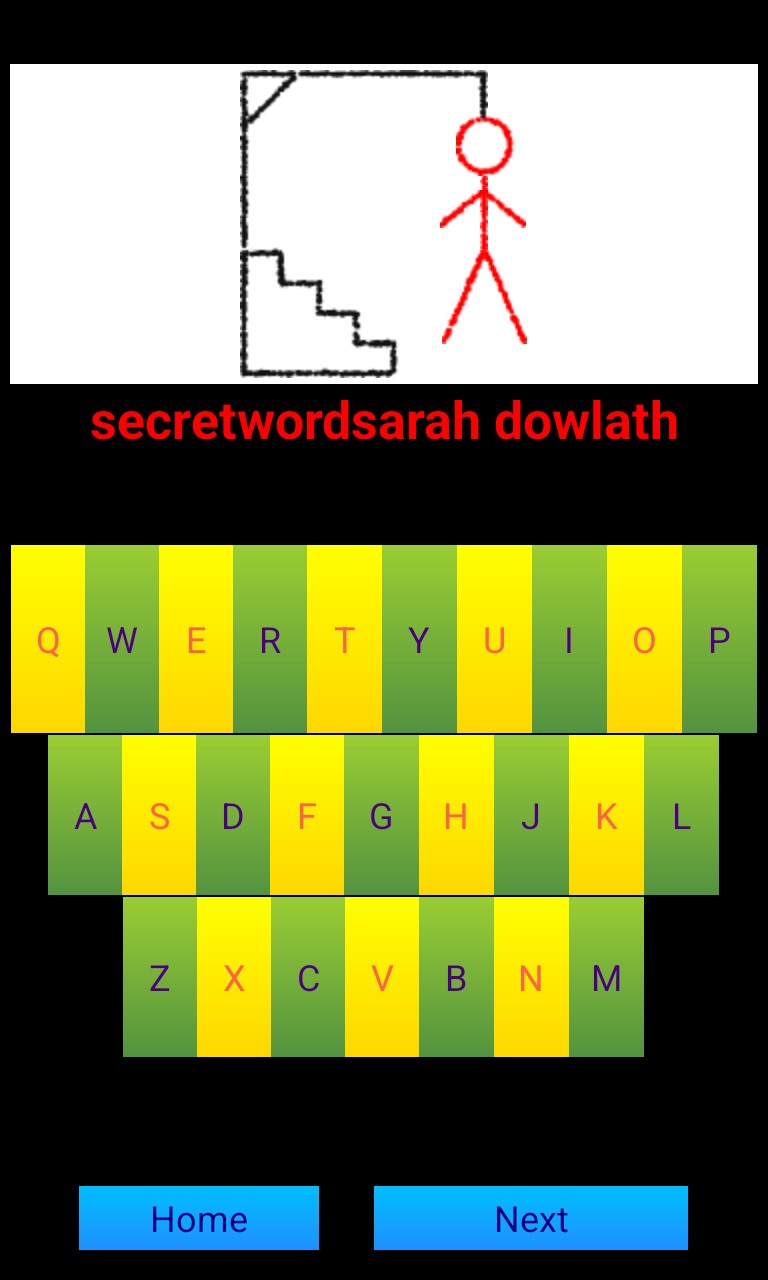
Repository: SarahDowlath/TriniHangman
Layout: workspace3/Trini-Hangman/res/layout/game.xml
These files come from the project's save history. The layout is drawn as it stood at one moment and after the next save; the edit follows.
It is drawn on a 768 x 1280 px phone screen (xhdpi) without system bars, with theme AppTheme; the app's code is not run.

Above is the layout before, as saved 2014-07-07 17:59:17.

### workspace3/Trini-Hangman/res/layout/game.xml
<LinearLayout xmlns:android="http://schemas.android.com/apk/res/android"
    xmlns:tools="http://schemas.android.com/tools"
    android:id="@+id/LinearLayoutFinal"
    android:layout_width="fill_parent"
    android:layout_height="wrap_content"
    android:layout_gravity="bottom"
    android:layout_marginBottom="0dp"
    android:background="#FF000000"
    android:gravity="center"
    android:orientation="vertical"
    android:padding="5dp"
    android:paddingBottom="@dimen/activity_vertical_margin"
    android:paddingLeft="@dimen/activity_horizontal_margin"
    android:paddingRight="@dimen/activity_horizontal_margin"
    android:paddingTop="@dimen/activity_vertical_margin" >

    <TextView
        android:id="@+id/textLevel"
        android:layout_width="fill_parent"
        android:layout_height="wrap_content"
        android:gravity="center"
        android:text=""
        android:textColor="#ffff"
        android:textSize="20sp"
        android:textStyle="bold" />

    <RelativeLayout
        android:id="@+id/hangmanGallows"
        android:layout_width="match_parent"
        android:layout_height="160dp"
        android:background="#FFFFFF"
        android:gravity="center"
        android:visibility="visible" >

        <ImageView
            android:id="@+id/imageView2"
            android:layout_width="wrap_content"
            android:layout_height="wrap_content"
            android:contentDescription="@string/gallows"
            android:paddingLeft="0dp"
            android:paddingTop="0dp"
            android:src="@drawable/android_hangman_gallows" />



        <ImageView
            android:id="@+id/body"
            android:layout_width="wrap_content"
            android:layout_height="wrap_content"
            android:contentDescription="@string/body"
            android:paddingLeft="120dp"
            android:paddingTop="53dp"
            android:src="@drawable/android_hangman_body" />

        <ImageView
            android:id="@+id/arm1"
            android:layout_width="wrap_content"
            android:layout_height="wrap_content"
            android:contentDescription="@string/arm"
            android:paddingLeft="100dp"
            android:paddingTop="60dp"
            android:src="@drawable/android_hangman_arm1" />

        <ImageView
            android:id="@+id/arm2"
            android:layout_width="wrap_content"
            android:layout_height="wrap_content"
            android:contentDescription="@string/arm"
            android:paddingLeft="120dp"
            android:paddingTop="60dp"
            android:src="@drawable/android_hangman_arm2" />

        <ImageView
            android:id="@+id/leg1"
            android:layout_width="wrap_content"
            android:layout_height="wrap_content"
            android:contentDescription="@string/leg"
            android:paddingLeft="101dp"
            android:paddingTop="90dp"
            android:src="@drawable/android_hangman_leg1" />

        <ImageView
            android:id="@+id/head"
            android:layout_width="wrap_content"
            android:layout_height="wrap_content"
            android:layout_alignLeft="@+id/imageView2"
            android:layout_alignTop="@+id/imageView2"
            android:layout_weight="1"
            android:contentDescription="@string/head"
            android:paddingLeft="108dp"
            android:paddingTop="23dp"
            android:src="@drawable/android_hangman_head" />

        <ImageView
            android:id="@+id/leg2"
            android:layout_width="wrap_content"
            android:layout_height="wrap_content"
            android:layout_alignBottom="@+id/leg1"
            android:layout_alignParentLeft="true"
            android:contentDescription="@string/leg"
            android:paddingLeft="121dp"
            android:paddingTop="90dp"
            android:src="@drawable/android_hangman_leg2" />

    </RelativeLayout>

    <LinearLayout
        android:id="@+id/secretWord"
        android:layout_width="match_parent"
        android:layout_height="80sp" >

        <TextView
            android:id="@+id/secretWord"
            android:layout_width="fill_parent"
            android:layout_height="wrap_content"
            android:gravity="center"
            android:text="secretwordsarah dowlath"
            android:textColor="#FC0000"
            android:textSize="26sp"
            android:textStyle="bold" />
    </LinearLayout>

         <LinearLayout
             android:id="@+id/letterLayout1"
             android:layout_width="match_parent"
             android:layout_height="wrap_content"
             android:layout_weight="1.45"
             android:gravity="center_horizontal"
             android:orientation="horizontal"
             android:padding="0.5dp"
             android:textSize="22sp"
             android:weightSum="10" >

        <Button
            android:id="@+id/buttonQ"
            android:layout_width="0dp"
            android:layout_height="fill_parent"
            android:layout_weight="1"
            android:background="@drawable/buttonletterstyle"
            android:onClick="clickLetter"
            android:text="@string/button_letter_q"
            android:textColor="@drawable/lettercolor" />


         <Button
            android:id="@+id/buttonW"
            android:layout_weight="1"
            android:layout_height="fill_parent"
            android:layout_width="0dp"
            android:onClick="clickLetter"
            android:text="@string/button_letter_w"
            android:background="@drawable/buttonletterstyle1"
            android:textColor = "@drawable/lettercolor1"
         />


         <Button
            android:id="@+id/buttonE"
            android:layout_weight="1"
            android:layout_height="fill_parent"
            android:layout_width="0dp"
            android:onClick="clickLetter"
            android:text="@string/button_letter_e"
            android:background="@drawable/buttonletterstyle"
            android:textColor = "@drawable/lettercolor"
         />

         <Button
            android:id="@+id/buttonR"
            android:layout_weight="1"
            android:layout_height="fill_parent"
            android:layout_width="0dp"
            android:onClick="clickLetter"
            android:text="@string/button_letter_r"
            android:background="@drawable/buttonletterstyle1"
            android:textColor = "@drawable/lettercolor1"
         />

         <Button
            android:id="@+id/buttonT"
            android:layout_weight="1"
            android:layout_height="fill_parent"
            android:layout_width="0dp"
            android:onClick="clickLetter"
            android:text="@string/button_letter_t"
            android:background="@drawable/buttonletterstyle"
            android:textColor = "@drawable/lettercolor"
         />

         <Button
            android:id="@+id/buttonY"
            android:layout_weight="1"
            android:layout_height="fill_parent"
            android:layout_width="0dp"
            android:onClick="clickLetter"
            android:text="@string/button_letter_y"
            android:background="@drawable/buttonletterstyle1"
            android:textColor = "@drawable/lettercolor1"
         />

         <Button
            android:id="@+id/buttonU"
            android:layout_weight="1"
            android:layout_height="fill_parent"
            android:layout_width="0dp"
            android:onClick="clickLetter"
            android:text="@string/button_letter_u"
            android:background="@drawable/buttonletterstyle"
            android:textColor = "@drawable/lettercolor"
         />


         <Button
            android:id="@+id/buttonI"
            android:layout_weight="1"
            android:layout_height="fill_parent"
            android:layout_width="0dp"
            android:onClick="clickLetter"
            android:text="@string/button_letter_i"
            android:background="@drawable/buttonletterstyle1"
            android:textColor = "@drawable/lettercolor1"
         />


         <Button
            android:id="@+id/buttonO"
            android:layout_weight="1"
            android:layout_height="fill_parent"
            android:layout_width="0dp"
            android:onClick="clickLetter"
            android:text="@string/button_letter_o"
            android:background="@drawable/buttonletterstyle"
            android:textColor = "@drawable/lettercolor"
         />

         <Button
            android:id="@+id/buttonP"
            android:layout_weight="1"
            android:layout_height="fill_parent"
            android:layout_width="0dp"
            android:onClick="clickLetter"
            android:text="@string/button_letter_p"
            android:background="@drawable/buttonletterstyle1"
            android:textColor = "@drawable/lettercolor1"
         />
    </LinearLayout>

    <LinearLayout
        android:id="@+id/letterLayout2"
        android:layout_width="fill_parent"
        android:layout_height="wrap_content"
        android:layout_weight="1"
        android:gravity="center_horizontal"
        android:orientation="horizontal"
        android:padding="0.5dp"
        android:textSize="22sp"
        android:weightSum="10" >

        <Button
            android:id="@+id/buttonA"
            android:layout_weight="1"
            android:layout_height="fill_parent"
            android:layout_width="0dp"
            android:onClick="clickLetter"
            android:text="@string/button_letter_a"
            android:background="@drawable/buttonletterstyle1"
            android:textColor = "@drawable/lettercolor1"
         />

         <Button
             android:id="@+id/buttonS"
             android:layout_width="0dp"
             android:layout_height="fill_parent"
             android:layout_weight="1"
             android:background="@drawable/buttonletterstyle"
             android:onClick="clickLetter"
             android:text="@string/button_letter_s"
             android:textColor="@drawable/lettercolor" />

         <Button
            android:id="@+id/buttonD"
            android:layout_weight="1"
            android:layout_height="fill_parent"
            android:layout_width="0dp"
            android:onClick="clickLetter"
            android:text="@string/button_letter_d"
            android:background="@drawable/buttonletterstyle1"
            android:textColor = "@drawable/lettercolor1"
         />

         <Button
            android:id="@+id/buttonF"
            android:layout_weight="1"
            android:layout_height="fill_parent"
            android:layout_width="0dp"
            android:onClick="clickLetter"
            android:text="@string/button_letter_f"
            android:background="@drawable/buttonletterstyle"
            android:textColor = "@drawable/lettercolor"
         />

         <Button
            android:id="@+id/buttonG"
            android:layout_weight="1"
            android:layout_height="fill_parent"
            android:layout_width="0dp"
            android:onClick="clickLetter"
            android:text="@string/button_letter_g"
            android:background="@drawable/buttonletterstyle1"
            android:textColor = "@drawable/lettercolor1"
         />

         <Button
            android:id="@+id/buttonH"
            android:layout_weight="1"
            android:layout_height="fill_parent"
            android:layout_width="0dp"
            android:onClick="clickLetter"
            android:text="@string/button_letter_h"
            android:background="@drawable/buttonletterstyle"
            android:textColor = "@drawable/lettercolor"
         />

         <Button
            android:id="@+id/buttonJ"
            android:layout_weight="1"
            android:layout_height="fill_parent"
            android:layout_width="0dp"
            android:onClick="clickLetter"
            android:text="@string/button_letter_j"
            android:background="@drawable/buttonletterstyle1"
            android:textColor = "@drawable/lettercolor1"
         />

         <Button
            android:id="@+id/buttonK"
            android:layout_weight="1"
            android:layout_height="fill_parent"
            android:layout_width="0dp"
            android:onClick="clickLetter"
            android:text="@string/button_letter_k"
            android:background="@drawable/buttonletterstyle"
            android:textColor = "@drawable/lettercolor"
         />

         <Button
            android:id="@+id/buttonL"
            android:layout_weight="1"
            android:layout_height="fill_parent"
            android:layout_width="0dp"
            android:onClick="clickLetter"
            android:text="@string/button_letter_l"
            android:background="@drawable/buttonletterstyle1"
            android:textColor = "@drawable/lettercolor1"
         />
    </LinearLayout>

    <LinearLayout
        android:id="@+id/letterLayout3"
        android:layout_width="fill_parent"
        android:layout_height="wrap_content"
        android:layout_weight="1"
        android:gravity="center_horizontal"
        android:orientation="horizontal"
        android:padding="0.5dp"
        android:textSize="22sp"
        android:weightSum="10" >

        <Button
            android:id="@+id/buttonZ"
            android:layout_weight="1"
            android:layout_height="fill_parent"
            android:layout_width="0dp"
            android:onClick="clickLetter"
            android:text="@string/button_letter_z"
            android:background="@drawable/buttonletterstyle1"
            android:textColor = "@drawable/lettercolor1"
         />
         <Button
            android:id="@+id/buttonX"
            android:layout_weight="1"
            android:layout_height="fill_parent"
            android:layout_width="0dp"
            android:onClick="clickLetter"
            android:text="@string/button_letter_x"
            android:background="@drawable/buttonletterstyle"
            android:textColor = "@drawable/lettercolor"
         />

         <Button
            android:id="@+id/buttonC"
            android:layout_weight="1"
            android:layout_height="fill_parent"
            android:layout_width="0dp"
            android:onClick="clickLetter"
            android:text="@string/button_letter_c"
            android:background="@drawable/buttonletterstyle1"
            android:textColor = "@drawable/lettercolor1"
         />

         <Button
            android:id="@+id/buttonV"
            android:layout_weight="1"
            android:layout_height="fill_parent"
            android:layout_width="0dp"
            android:onClick="clickLetter"
            android:text="@string/button_letter_v"
            android:background="@drawable/buttonletterstyle"
            android:textColor = "@drawable/lettercolor"
         />

         <Button
            android:id="@+id/buttonB"
            android:layout_weight="1"
            android:layout_height="fill_parent"
            android:layout_width="0dp"
            android:onClick="clickLetter"
            android:text="@string/button_letter_b"
            android:background="@drawable/buttonletterstyle1"
            android:textColor = "@drawable/lettercolor1"
         />

         <Button
            android:id="@+id/buttonN"
            android:layout_weight="1"
            android:layout_height="fill_parent"
            android:layout_width="0dp"
            android:onClick="clickLetter"
            android:text="@string/button_letter_n"
            android:background="@drawable/buttonletterstyle"
            android:textColor = "@drawable/lettercolor"
         />

         <Button
            android:id="@+id/buttonM"
            android:layout_weight="1"
            android:layout_height="fill_parent"
            android:layout_width="0dp"
            android:onClick="clickLetter"
            android:text="@string/button_letter_m"
            android:background="@drawable/buttonletterstyle1"
            android:textColor = "@drawable/lettercolor1"
         />

    </LinearLayout>

    <LinearLayout
        android:id="@+id/FinalLayout"
        android:layout_width="match_parent"
        android:layout_height="80dp"
        android:layout_marginBottom="2dp"
        android:layout_weight="0.75"
        android:gravity="center_horizontal"
        android:orientation="horizontal"
        android:padding="2dp"
        android:textSize="14sp"
        android:weightSum="7" >

        <Button
            android:id="@+id/buttonHome"
            android:layout_width="120dp"
            android:layout_height="32dp"
            android:layout_gravity="bottom"
            android:layout_marginBottom="3dp"
            android:background="@drawable/buttonnextonestyle"
            android:onClick="goHome"
            android:text="@string/button_go_home"
            android:textColor="@drawable/nextonecolor" />

        <TextView
            android:layout_width="0dp"
            android:layout_height="0dp"
            android:layout_weight="1.5" />

        <Button
            android:id="@+id/buttonNext"
            android:layout_width="120dp"
            android:layout_height="32dp"
            android:layout_gravity="bottom"
            android:layout_marginBottom="3dp"
            android:layout_weight="2"
            android:background="@drawable/buttonnextonestyle"
            android:onClick="nextOne"
            android:text="@string/button_next"
            android:textColor="@drawable/nextonecolor" />

    </LinearLayout>

</LinearLayout>

### workspace3/Trini-Hangman/res/values/strings.xml
<?xml version="1.0" encoding="utf-8"?>
<resources>

    <string name="app_name">Trini-Hangman</string>
    <string name="hello_world">Hello world!</string>
    <string name="action_settings">Settings</string>
    <string name="gallows">The Gallows</string>
	<string name="head">The Head</string>
	<string name="body">The Body</string>
	<string name="arm">An Arm</string>
	<string name="leg">A Leg</string>
	<string name="button_food_category">Food</string>
    <string name="button_music_category">Music</string>
    <string name="button_sports_category">Sports</string>

    <string name="about_text">

	Test3 Local Trinidad and Tobago version of Hangman which is a fun way to learn the culture of Trinidad and Tobago.

	TriniHangman allows you to select from a list of category all related to culture.

	You are presented with all the letters from the alphabet and can guess a letter for the secret word.

	If you guess a letter that is part of the word, the word is redisplayed with all instances of that letter shown in the correct positions, along with any letters correctly guessed on previous turns.

	For every letter guessed wrong, a bit more of the hangman is exposed.

	You have 8 tries to correctly guess the word.

        </string>

    <string name="about_title"> About Trini-Hangman </string>




    <string name="button_letter_a">A</string>
    <string name="button_letter_b">B</string>
    <string name="button_letter_c">C</string>
    <string name="button_letter_d">D</string>
    <string name="button_letter_e">E</string>
    <string name="button_letter_f">F</string>
    <string name="button_letter_g">G</string>
    <string name="button_letter_h">H</string>
    <string name="button_letter_i">I</string>
    <string name="button_letter_j">J</string>
    <string name="button_letter_k">K</string>
    <string name="button_letter_l">L</string>
    <string name="button_letter_m">M</string>
    <string name="button_letter_n">N</string>
    <string name="button_letter_o">O</string>
    <string name="button_letter_p">P</string>
    <string name="button_letter_q">Q</string>
    <string name="button_letter_r">R</string>
    <string name="button_letter_s">S</string>
    <string name="button_letter_t">T</string>
    <string name="button_letter_u">U</string>
    <string name="button_letter_v">V</string>
    <string name="button_letter_w">W</string>
    <string name="button_letter_x">X</string>
    <string name="button_letter_y">Y</string>
    <string name="button_letter_z">Z</string>
    <string name="button_go_home">Home</string>
    <string name="button_next">Next</string>

</resources>

### workspace3/Trini-Hangman/res/drawable/buttonletterstyle.xml
<?xml version="1.0" encoding="utf-8"?>
<selector xmlns:android="http://schemas.android.com/apk/res/android">
    <item android:state_pressed="true" >
        <shape>
            <solid
                android:color="#FFD700"/>
        </shape>
    </item> <!-- pressed -->
    <item android:state_enabled="false" >
        <shape>
            <solid
                android:color= "#708090"/>
        </shape>
    </item> <!-- disabled -->
    <item>
        <shape>
            <gradient
                android:startColor="#FFFF00"
                android:endColor="#FFD700"
                android:angle="270" />
        </shape>
    </item> <!-- default -->
</selector>

### workspace3/Trini-Hangman/res/drawable/lettercolor.xml
<?xml version="1.0" encoding="utf-8"?>
<selector xmlns:android="http://schemas.android.com/apk/res/android">
    <item android:state_pressed="true" android:color = "#FFFC0000" /> <!-- pressed -->
    <item android:state_enabled="false" android:color="#FFC0C0C0" />
    <item android:color="#FFFF6347"/>
</selector>

### workspace3/Trini-Hangman/res/drawable/buttonletterstyle1.xml
<?xml version="1.0" encoding="utf-8"?>
<selector xmlns:android="http://schemas.android.com/apk/res/android">
    <item android:state_pressed="true" >
        <shape>
            <solid
                android:color="#53933f"/>
        </shape>
    </item> <!-- pressed -->
    <item android:state_enabled="false" >
        <shape>
            <solid
                android:color= "#708090"/>
        </shape>
    </item> <!-- disabled -->
    <item>
        <shape>
            <gradient
                android:startColor="#9ACD32"
                android:endColor="#53933f"
                android:angle="270" />
        </shape>
    </item> <!-- default -->
</selector>

### workspace3/Trini-Hangman/res/drawable/lettercolor1.xml
<?xml version="1.0" encoding="utf-8"?>
<selector xmlns:android="http://schemas.android.com/apk/res/android">
    <item android:state_pressed="true" android:color = "#FFFC0000" /> <!-- pressed -->
    <item android:state_enabled="false" android:color="#FFC0C0C0" />
    <item android:color="#FF4B0082"/>
</selector>

### workspace3/Trini-Hangman/res/drawable/buttonnextonestyle.xml
<?xml version="1.0" encoding="utf-8"?>
<selector xmlns:android="http://schemas.android.com/apk/res/android">
    <item android:state_pressed="true" >
        <shape>
            <solid
                android:color="#1E90FF"/>
        </shape>
    </item> <!-- pressed -->
    <item android:state_enabled="false" >
        <shape>
            <solid
                android:color= "#708090"/>
        </shape>
    </item> <!-- disabled -->
    <item>
        <shape>
            <gradient
                android:startColor= "#00BFFF"
                android:endColor="#1E90FF"
                android:angle="270" />
        </shape>
    </item> <!-- default -->
</selector>

### workspace3/Trini-Hangman/res/drawable/nextonecolor.xml
<?xml version="1.0" encoding="utf-8"?>
<selector xmlns:android="http://schemas.android.com/apk/res/android">
    <item android:state_pressed="true" android:color = "#FFF0F8FF" /> <!-- pressed -->
    <item android:state_enabled="false" android:color="#FFC0C0C0" />
    <item android:color="#FF000080"	/>
</selector>

Loaded but not shown: workspace3/Trini-Hangman/res/values/styles.xml (common file); workspace3/Trini-Hangman/res/values-v11/styles.xml (common file); workspace3/Trini-Hangman/res/values-v14/styles.xml (common file); workspace3/Trini-Hangman/res/values/dimens.xml (common file); workspace3/Trini-Hangman/res/values-w820dp/dimens.xml (common file)

After the next save:
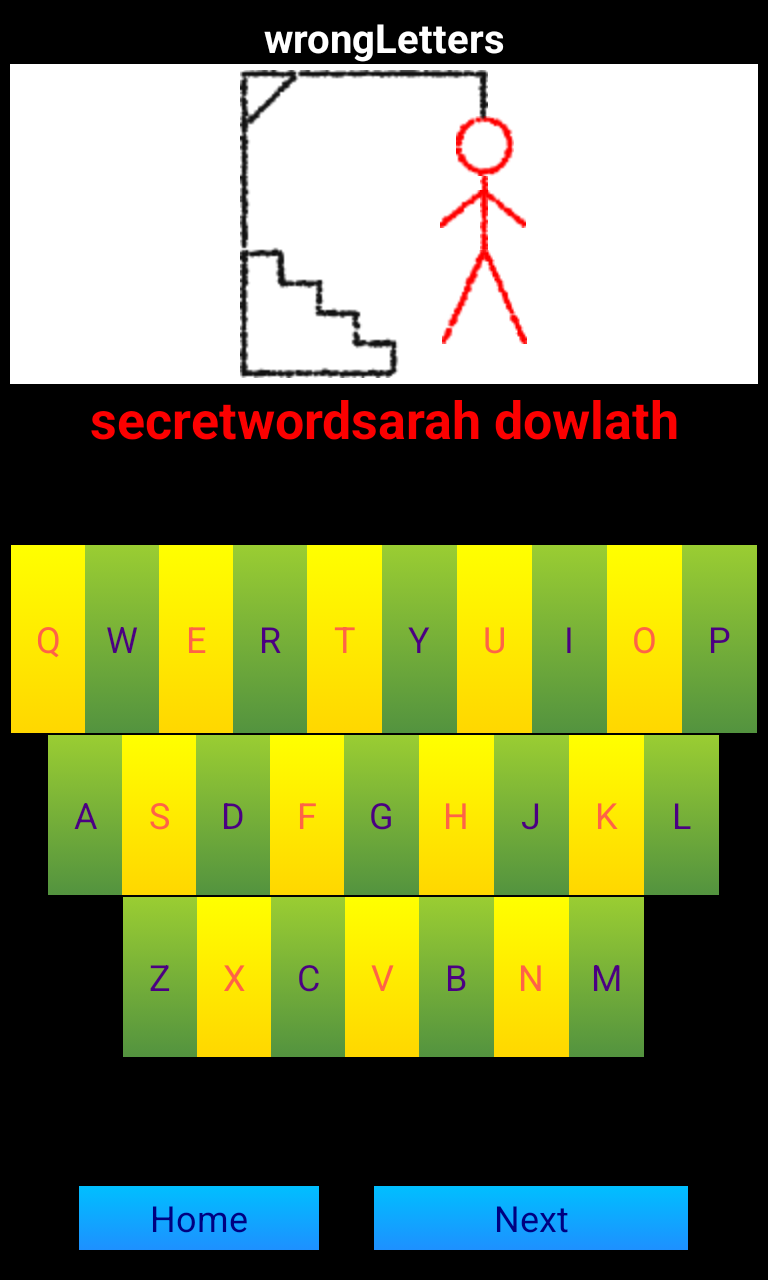
Saved 113 s later.
--- a/workspace3/Trini-Hangman/res/layout/game.xml
+++ b/workspace3/Trini-Hangman/res/layout/game.xml
@@ -15,11 +15,11 @@
     android:paddingTop="@dimen/activity_vertical_margin" >
 
     <TextView
-        android:id="@+id/textLevel"
+        android:id="@+id/incorrectLetters"
         android:layout_width="fill_parent"
         android:layout_height="wrap_content"
         android:gravity="center"
-        android:text=""
+        android:text="wrongLetters"
         android:textColor="#ffff"
         android:textSize="20sp"
         android:textStyle="bold" />
